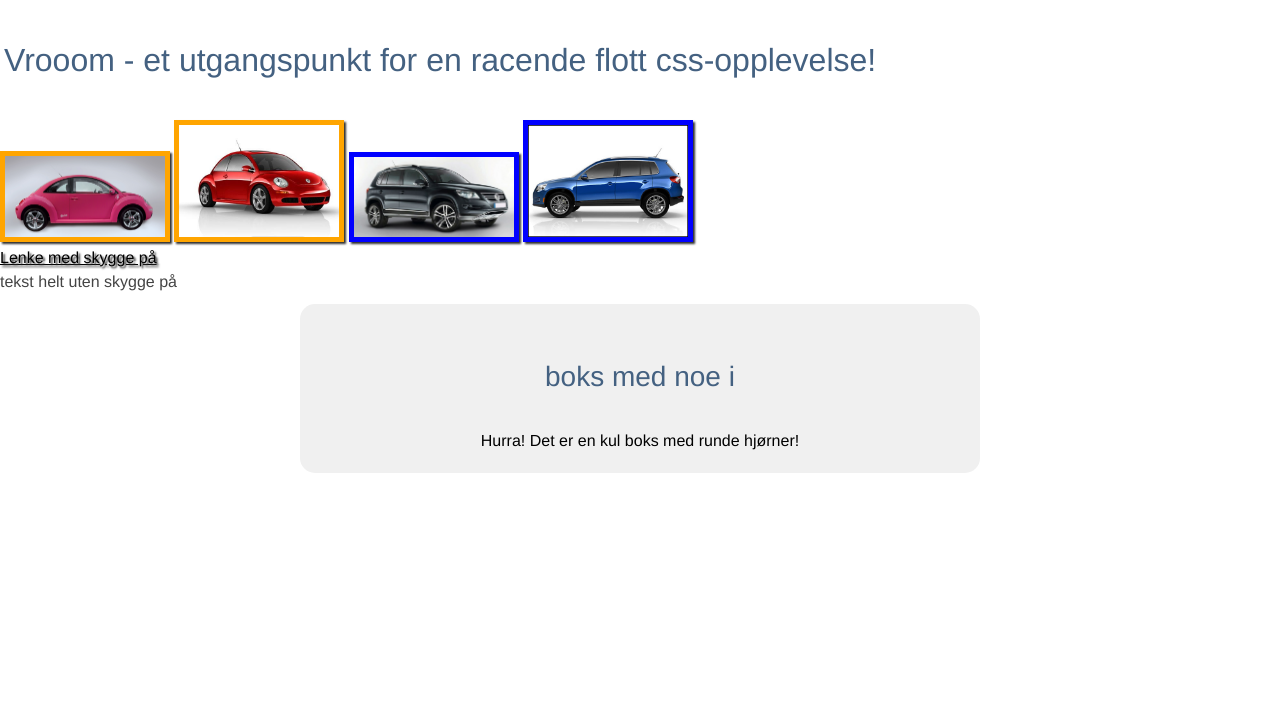
Repository: mesan/css-kurs
Page: kode/wroom/index.html
An editor plug-in stored every save of this project. The page is shown before and after the next save, followed by the edit.
The browser window is 1280 px wide. The pictures show the whole page.

Above is the page before, as saved 2013-01-22 17:51:54.

After the next save:
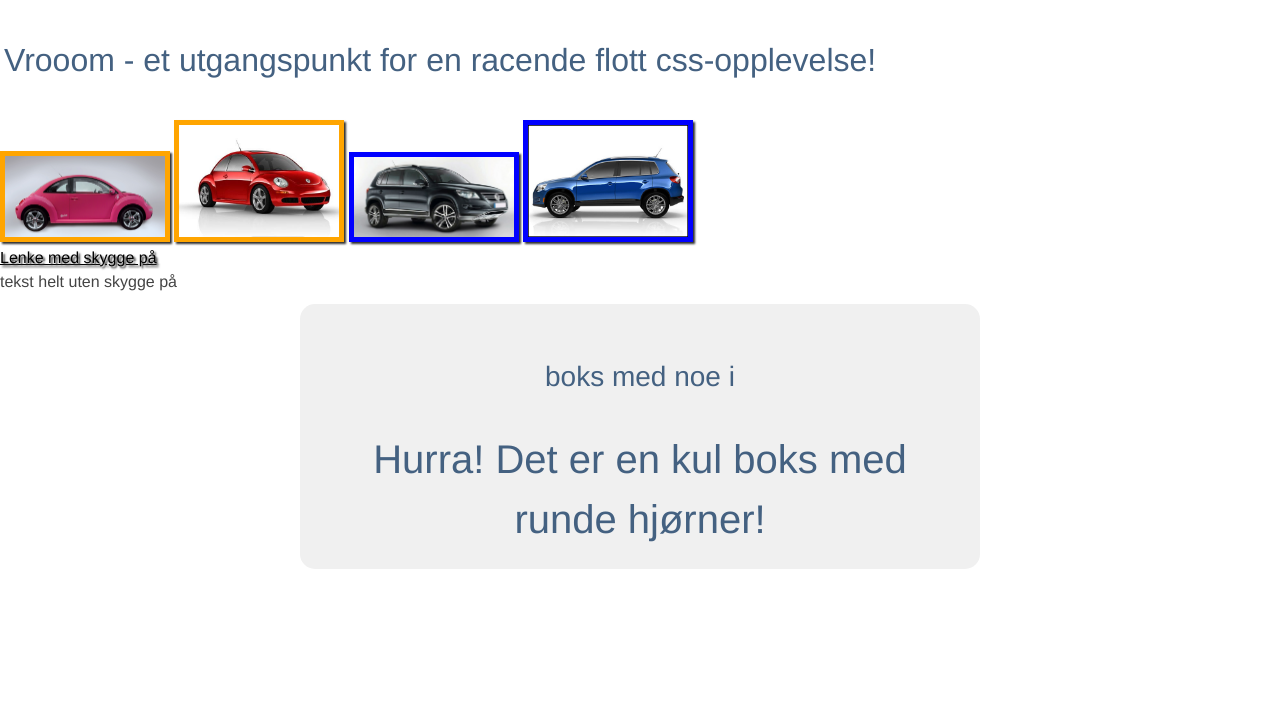
Saved 17 s later.
--- a/kode/wroom/index.html
+++ b/kode/wroom/index.html
@@ -36,7 +36,7 @@
 
 			<div class="container rounded-corners">
 				<h2>boks med noe i</h2>
-				<p>
+				<p class="overskriftPaaSideTre">
 					Hurra! Det er en kul boks med runde hjørner!
 				</p>
 			</div>

After the save that followed:
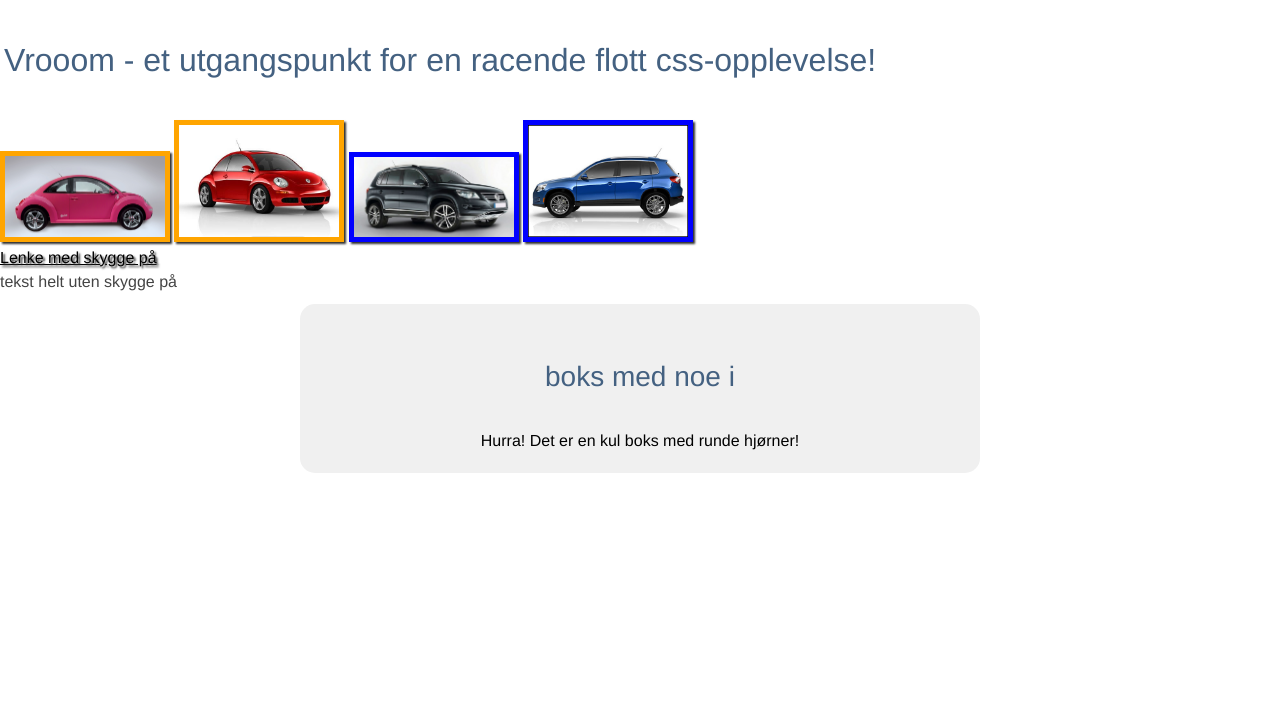
Saved 29 s later.
--- a/kode/wroom/styles/examples.css
+++ b/kode/wroom/styles/examples.css
@@ -90,7 +90,7 @@ a[href*="#"]{
 /*******************************************
  * Not so good examples:
  *******************************************/
-p.overskriftPaaSideTre{ color: #446181; font-size: 40px; text-align: center; }
+p .overskriftPaaSideTre{ color: #446181; font-size: 40px; text-align: center; }
 .markert { background-color: red; }
 .markert p { color: white; }
 .markert li ul li p { color: yellow; padding: 0; margin: 0; text-align: left; }
